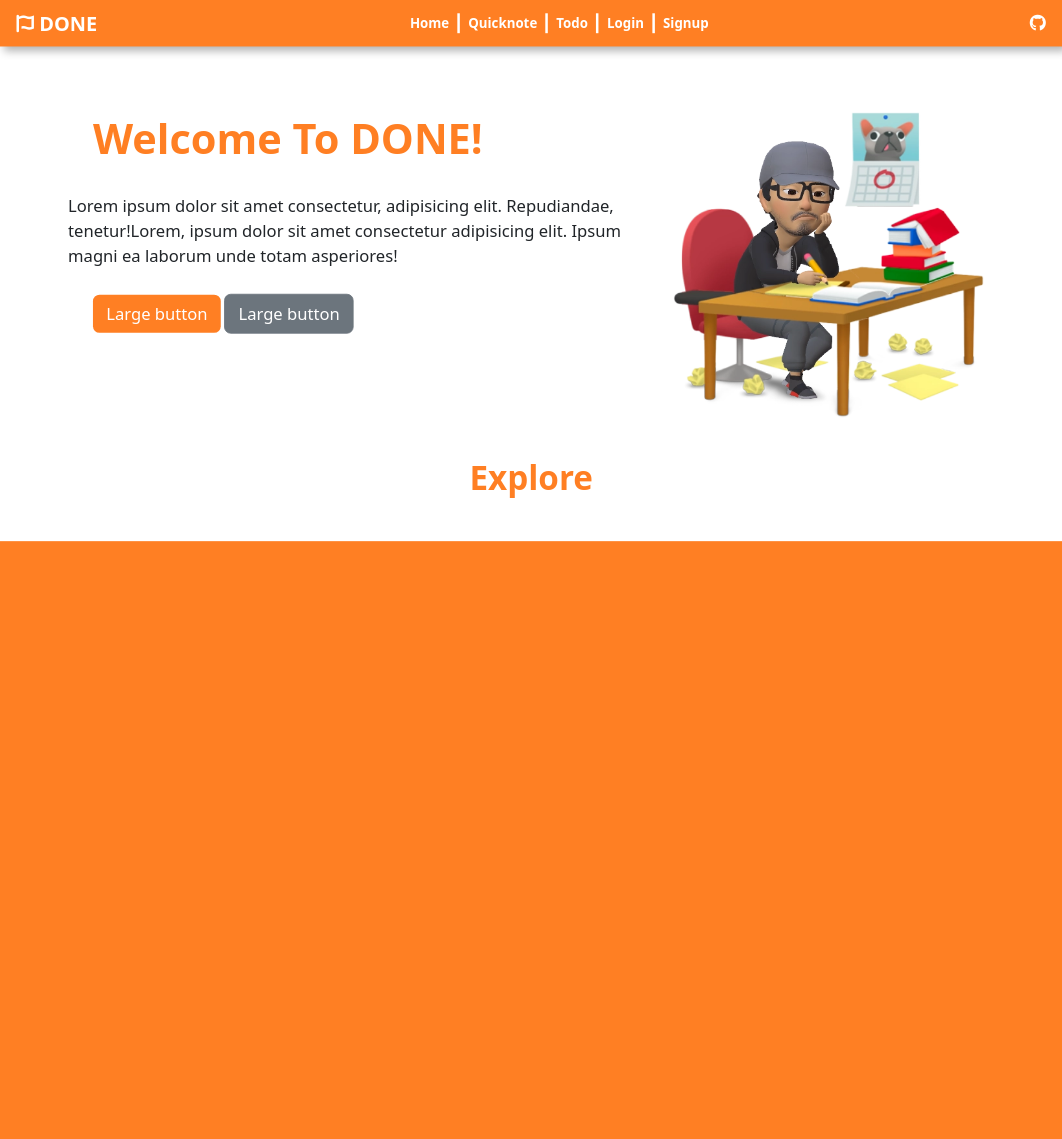
Repository: OmarEssameldinMousa/DONE
Page: index.html
An editor plug-in stored every save of this project. The page is shown before and after the next save, followed by the edit.
The browser window is 1280 px wide. The pictures show the whole page, at 83% of full size.
Some web fonts or font styles are not loaded; a fallback is used.

Above is the page before, as saved 2023-12-17 20:57:11.

### index.html
<!DOCTYPE html>
<html lang="en">

<head>
    <meta charset="UTF-8">
    <meta name="viewport" content="width=device-width, initial-scale=1.0">
    <title>Home</title>
    <!-- Main Template CSS File -->
    <link rel="stylesheet" href="CSS/styles.css">
    <!-- Render and Normalize the ELements -->
    <link rel="stylesheet" href="CSS/normalize.css">
    <!-- Font Awsome Library -->
    <link rel="stylesheet" href="CSS/all.min.css">
    <!-- google fonts -->
    <link rel="preconnect" href="https://fonts.googleapis.com">
    <link rel="preconnect" href="https://fonts.gstatic.com" crossorigin>
    <link
        href="https://fonts.googleapis.com/css2?family=Kablammo&family=Work+Sans:wght@200;300;400;500;600;800&display=swap"
        rel="stylesheet">
    <!-- including bootstrap library -->
    <link href="https://cdn.jsdelivr.net/npm/bootstrap@5.3.2/dist/css/bootstrap.min.css" rel="stylesheet"
        integrity="sha384-T3c6CoIi6uLrA9TneNEoa7RxnatzjcDSCmG1MXxSR1GAsXEV/Dwwykc2MPK8M2HN" crossorigin="anonymous">

</head>

<body>
    <header>
        <nav>
            <!-- Logo with Font Awesome Icon -->
            <div class="logo">
                <i class="fab fa-font-awesome-flag"></i> DONE
            </div>

            <!-- Left-side Navigation Links -->
            <ul>
                <li><a href="#">Home</a></li>
                <li><a href="#">Quicknote</a></li>
                <li><a href="mytasks.html">Todo</a></li>
                <li><a href="#">Login</a></li>
                <li><a href="#">Signup</a></li>
            </ul>

            <!-- Right-side GitHub Icon -->
            <div class="github-icon">
                <a rel="" href="https://github.com/yourusername" target="_blank">
                    <i class="fab fa-github" style="color: white;"></i>
                </a>
            </div>
        </nav>

        <div class="container heading">
            <div class="landing">

                <div class="landingtext">
                    <h1>Welcome To DONE!</h1>
                    <p>Lorem ipsum dolor sit amet consectetur, adipisicing elit. Repudiandae, tenetur!Lorem, ipsum dolor
                        sit amet consectetur adipisicing elit. Ipsum magni ea laborum unde
                        totam
                        asperiores!</p>
                    <div class="buttons">
                        <button type="button" class="btn btn-primary btn-lg"
                            style="background-color: #ff7f23;border: none;">Large
                            button</button>
                        <button type="button" class="btn btn-secondary btn-lg">Large button</button>
                    </div>
                </div>

                <div class="logoimage">
                    <img src="images/omar.png" alt="">
                </div>
            </div>
        </div>
    </header>
    <div class="explore">
        <h1>Explore</h1>
    </div>

    <div class="tododemo">

    </div>



    <script src="https://cdn.jsdelivr.net/npm/bootstrap@5.3.2/dist/js/bootstrap.bundle.min.js"
        integrity="sha384-C6RzsynM9kWDrMNeT87bh95OGNyZPhcTNXj1NW7RuBCsyN/o0jlpcV8Qyq46cDfL"
        crossorigin="anonymous"></script>
</body>

</html>

### CSS/styles.css
/* Start Variables */
:root{
    --main-color: rgba(235, 235, 235, 0.6);
    --secondery-color: #ff7f23;
    --third-color:#333;
}
/* End Variables */
/* Special Heading */
.special-heading{
    color: #ebeced;
    font-size: 100px;
    text-align: center;
    font-weight: 800;
    letter-spacing: -3px;
    margin: 0;

}
.special-heading + p{
    margin-top: -30px;
    text-align: center;
    font-size: 20px;
    color: #797979;
}
/* End Special Heading */
/* Start Global Rules */
*{
    -webkit-box-sizing: border-box;
    -moz-box-sizing: border-box;
    box-sizing: border-box;
}

body{

    font-family: 'Kablammo', cursive;
    font-family: 'Work Sans', sans-serif;
    background-color: #797979;

}

.container{
    padding-left: 15px;
    padding-right: 15px;
    margin-left: auto;
    margin-right: auto;
    background-color: #fff;
    margin: auto;
    width: 600px;
}

/*very small screens*/
@media (max-width: 767px){
    .container{
        .special-heading{
            font-size: 60px;
        }
        .special-heading + p{
            margin-top: -20px;
        }
        width: 390px;
        .landing{
            flex-direction: column;
            text-align: center;
            nav ul{
                display: none;
            }
        }

    }


}
/*small screens*/
@media (min-width: 768px){
    .container{
        width: 750px;
    }
}
/*Medium screens*/
@media (min-width: 992px){
    .container{
        width: 970px;
    }
}
/*Large screens*/
@media (min-width: 1200px){
    .container{
        width: 1170px;
    }
}
/* End Global Rules */


html{
    scroll-behavior: smooth;
}
/* navigation bar */

nav {
    background-color:  var(--secondery-color);
    color: white;
    display: flex;
    align-items: center;
    justify-content: space-between;
    padding: 10px 20px;
    box-shadow: 5px 5px 10px rgba(0, 0, 0, 0.3);
}
nav ul {
    list-style: none;
    margin: 0;
    padding: 0;
    display: flex;
}
nav ul li {
    margin-right: 10px;
    font-weight: bold;
}
nav ul li:not(:last-child) {
    border-right: solid 3px white;
    padding-right: 10px;
}
nav ul li a {
    text-decoration: none;
    color: white;
}
nav ul li a:hover {
    color: var(--main-color); /* Change color on hover */
}
.logo {
    font-size: 24px;
    font-weight: bold;
}
.github-icon {
    font-size: 20px;
    color: white;
}

.heading{
    display: flex;
    align-items: center;
    justify-content: center;
    margin-top: 50px;
    height: auto;
}

.landing{
    width: 100%;

    background-color: none;
    display: flex;
    flex-direction: row;

}

.landing h1{
    color: var(--secondery-color);
    font-size: 50px;
    font-weight: 900;
    padding: 30px;
}
.landing p{
    font-size: 20px;
}
.landing .logoimage img{
    width: 400px;
    position: relative;
    animation: topdown 2s ease-in-out infinite;
}

.landing .landingtext .buttons{
    margin: 30px;
    top: 150px;
}
@keyframes topdown {
    0%, 100% {
        top: 0; /* Starting and ending position (top) */
    }
    50% {
        top: 5px; /* Middle position (top) */
    }
}


.explore{
    height: auto;
    text-align: center;
    display: block;
    padding: 10px;
    transition: 0.3s;
    width: min-content;
    margin: 35px auto ;
}
.explore h1{
    color: var(--secondery-color);
    font-weight: 900;
    transform: 0.3s;
}

.landing .logoimage{
    position: relative;
}
.explore h1:hover,
.explore:hover{
    background-color:var(--secondery-color);
    border-radius: 20px;
    color: #ebeced;
    cursor: pointer;
}



/* to do demo */
.tododemo{
    height: 100vh;
    background-color: var(--secondery-color);
}

Loaded but not shown: CSS/normalize.css (library); CSS/all.min.css (library)

After the next save:
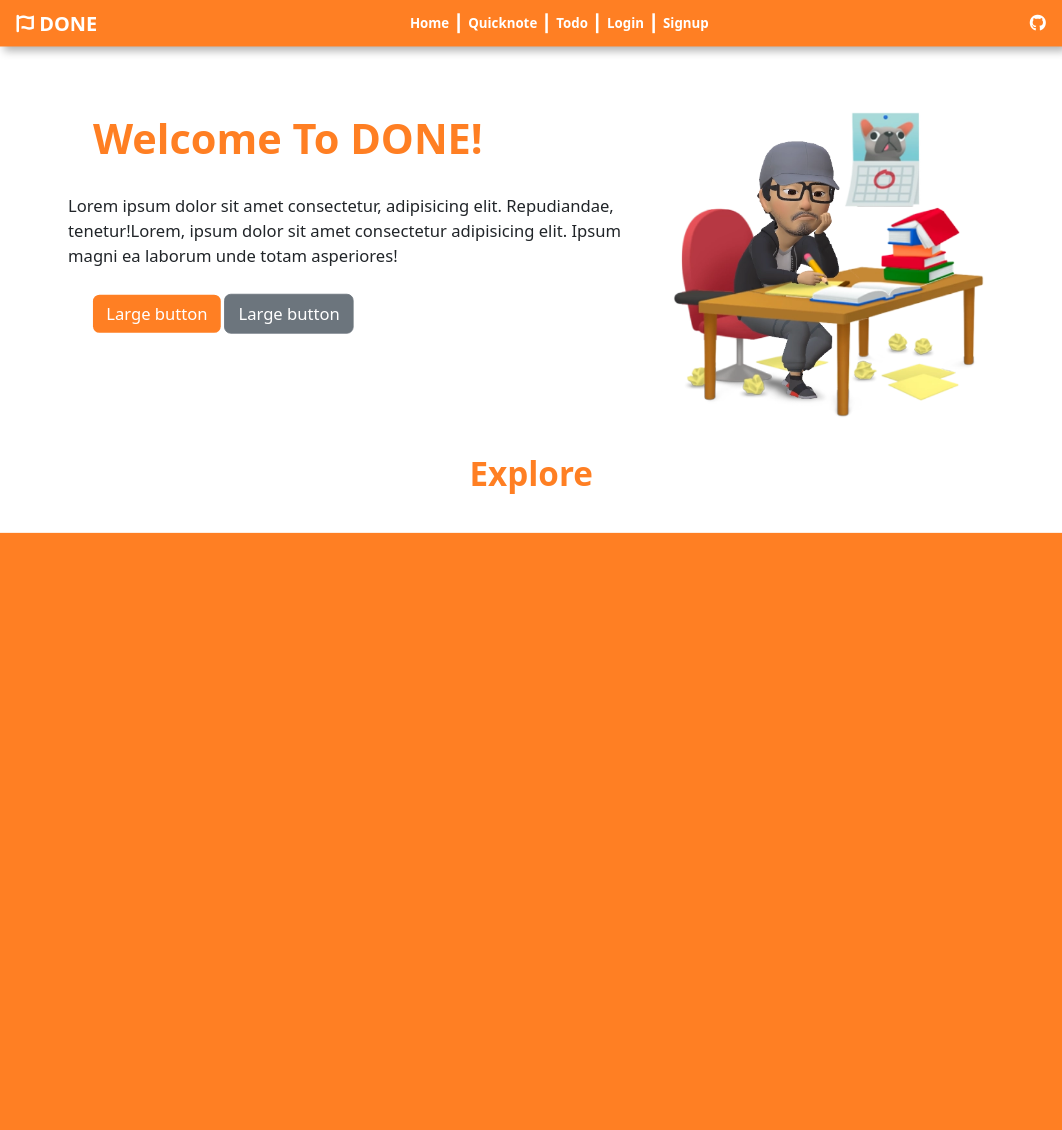
Saved 7 s later.
--- a/CSS/styles.css
+++ b/CSS/styles.css
@@ -187,7 +187,7 @@ nav ul li a:hover {
     padding: 10px;
     transition: 0.3s;
     width: min-content;
-    margin: 35px auto ;
+    margin: 30px auto ;
 }
 .explore h1{
     color: var(--secondery-color);
